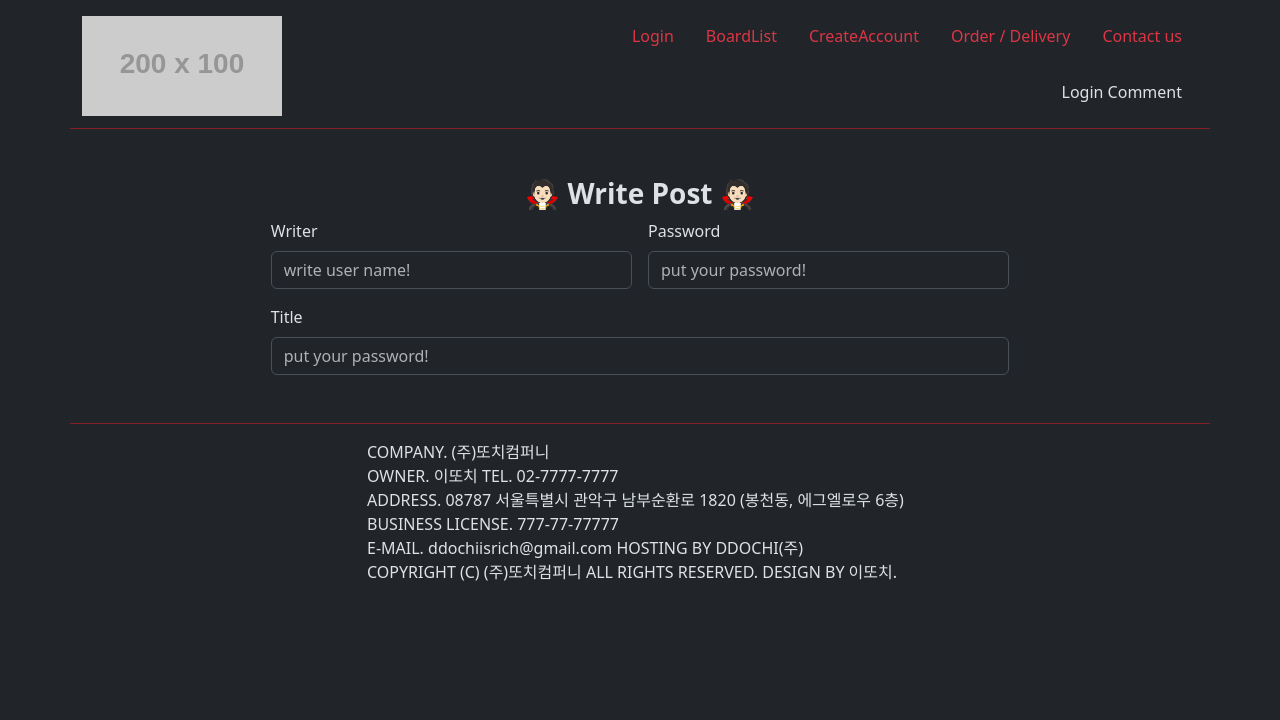
Repository: ddochiisrich/Ddochi-Web
Page: http://localhost/JSPClassCh06/writeForm
These files come from the project's save history. The page is drawn as it stood at one moment and after the next save; the edit follows.
The browser window is 1280 px wide. The pictures show the whole page.
The page is served by Tomcat 9. Other server files are loaded and not shown.

Above is the page before, as saved 2024-04-11 04:47:25.

### JSPClassCh06/src/main/webapp/WEB-INF/board/writeForm.jsp
<%@ page language="java" contentType="text/html; charset=UTF-8"
	pageEncoding="UTF-8"%>
<%@ page import="java.sql.*"%>
<%@ page import="java.util.*"%>
<%@ page import="com.jspstudy.ch06.vo.*"%>
<%@ taglib prefix="c" uri="http://java.sun.com/jsp/jstl/core"%>

<!DOCTYPE html>
<html lang="ko" data-bs-theme="dark">
<head>
<meta charset="UTF-8">
<meta name="viewport" content="width=device-width, initial-scale=1">
<title>🧛🏻 Board List 🧛🏻</title>
<link href="bootstrap/bootstrap.min.css" rel="stylesheet">
</head>
<body>
	<div class="container">
		<!-- header start -->
		<%@ include file="../pages/header.jsp"%>
		<!-- header end -->

		<!-- content start -->
		<div class="row my-5" id="global-content">
			<div class="col">
				<div class="row">
					<div class="col">
						<H1 class="text-center fw-bold fs-3">🧛🏻 Write Post 🧛🏻</H1>
					</div>
				</div>
				<form name="writeForm" id="writeForm" action="writeProcess"
					method="post" class="row border-danger g-3">
					<div class="col-md-4 offset-2">
						<label for="writer" class="form-label">Writer</label> <input type="text" class="form-control" id="writer" name="writer" placeholder="write user name!">
					</div>
					<div class="col-md-4">
						<label for="pass" class="form-label">Password</label> <input type="password" class="form-control" id="pass" name="pass" placeholder="put your password!">
					</div>
					<div class="col-8 offset-2">
						<label for="title" class="form-label">Title</label> <input type="text" class="form-control" id="title" name="title" placeholder="put your password!">
					</div>
				</form>

			</div>
		</div>
		<!-- content end -->

		<!-- footer start -->
		<%@ include file="../pages/footer.jsp"%>
		<!-- footer end -->
		<script src="bootstrap/bootstrap.bundle.min.js"></script>
	</div>
</body>
</html>

### JSPClassCh06/src/main/webapp/WEB-INF/pages/header.jsp
<%@ page language="java" contentType="text/html; charset=UTF-8"
    pageEncoding="UTF-8"%>
<!DOCTYPE html>
<html>
<head>
<meta charset="UTF-8">
<title>Insert title here</title>
</head>
<body>
	<div class="row border-bottom border-danger-subtle pt-3">
			<div class="col-4">
				<img
					src="https://via.placeholder.com/200X100/DC3645/ffffff ?Text=Digital.com">️
			</div>
			<div class="col-8">
				<div class="row">
					<div class="col">
						<ul class="nav justify-content-end">
							<li class="nav-item"><a class="nav-link active link-danger"
								aria-current="page" href="#">Login</a></li>
							<li class="nav-item"><a class="nav-link link-danger"
								href="boardList">BoardList</a></li>
							<li class="nav-item"><a class="nav-link link-danger"
								href="#">CreateAccount</a></li>
							<li class="nav-item"><a class="nav-link link-danger"
								href="#">Order / Delivery</a></li>
							<li class="nav-item"><a class="nav-link link-danger"
								href="#">Contact us</a></li>
						</ul>
					</div>
				</div>
				️
				<div class="row">
					<div class="col text-end me-3">Login Comment</div>
				</div>
				️
			</div>
		</div>
</body>
</html>

### JSPClassCh06/src/main/webapp/WEB-INF/pages/footer.jsp
<%@ page language="java" contentType="text/html; charset=UTF-8"
    pageEncoding="UTF-8"%>
<!DOCTYPE html>
<html>
<head>
<meta charset="UTF-8">
<title>Insert title here</title>
</head>
<body>
	<div class="row my-5 border-top border-danger-subtle"
			id="global-footer">
			<!-- footer -->

			<div class="col-3"></div>

			<div class="col-6 text-center py-3">
				<p class="text-start">
					COMPANY. (주)또치컴퍼니<br> OWNER. 이또치 TEL. 02-7777-7777<br>
					ADDRESS. 08787 서울특별시 관악구 남부순환로 1820 (봉천동, 에그엘로우 6층)<br>
					BUSINESS LICENSE. 777-77-77777 <br>
					E-MAIL. ddochiisrich@gmail.com HOSTING BY DDOCHI(주)<br>
					COPYRIGHT (C) (주)또치컴퍼니 ALL RIGHTS RESERVED. DESIGN BY 이또치.<br>
				</p>
				️
			</div>

			<div class="col-3"></div>

		</div>
</body>
</html>

### JSPClassCh06/src/main/java/com/jspstudy/ch06/controller/BoardWriteFormController.java
package com.jspstudy.ch06.controller;

import java.io.IOException;

import javax.servlet.RequestDispatcher;
import javax.servlet.ServletException;
import javax.servlet.annotation.WebServlet;
import javax.servlet.http.HttpServlet;
import javax.servlet.http.HttpServletRequest;
import javax.servlet.http.HttpServletResponse;

@WebServlet("/writeForm")
public class BoardWriteFormController extends HttpServlet {

	@Override
	protected void doGet(HttpServletRequest request, HttpServletResponse response) throws ServletException, IOException {

		RequestDispatcher rd = request.getRequestDispatcher("/WEB-INF/board/writeForm.jsp");
		rd.forward(request, response);
	}



}

Loaded but not shown: JSPClassCh06/src/main/webapp/bootstrap/bootstrap.min.css (library); JSPClassCh06/src/main/webapp/bootstrap/bootstrap.bundle.min.js (library)

After the next save:
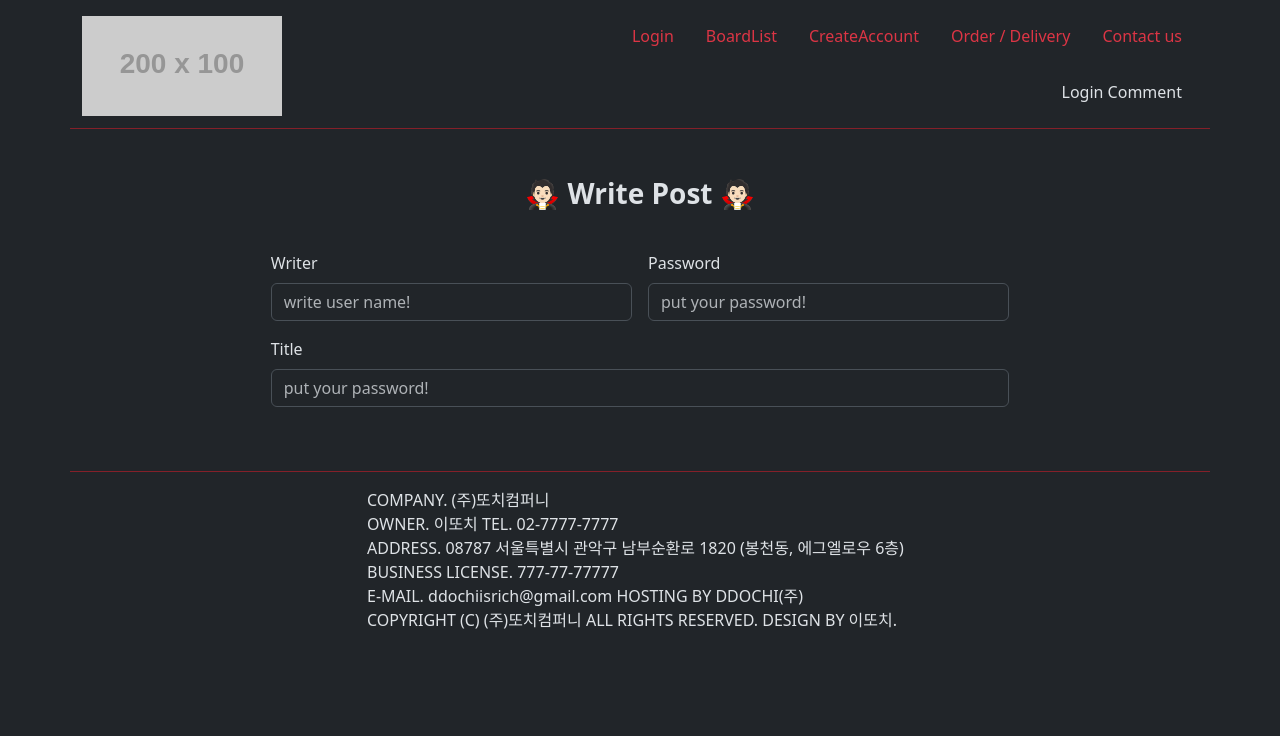
Saved 21 s later.
--- a/JSPClassCh06/src/main/webapp/WEB-INF/board/writeForm.jsp
+++ b/JSPClassCh06/src/main/webapp/WEB-INF/board/writeForm.jsp
@@ -28,7 +28,7 @@
 					</div>
 				</div>
 				<form name="writeForm" id="writeForm" action="writeProcess"
-					method="post" class="row border-danger g-3">
+					method="post" class="row border-danger g-3 my-3">
 					<div class="col-md-4 offset-2">
 						<label for="writer" class="form-label">Writer</label> <input type="text" class="form-control" id="writer" name="writer" placeholder="write user name!">
 					</div>
